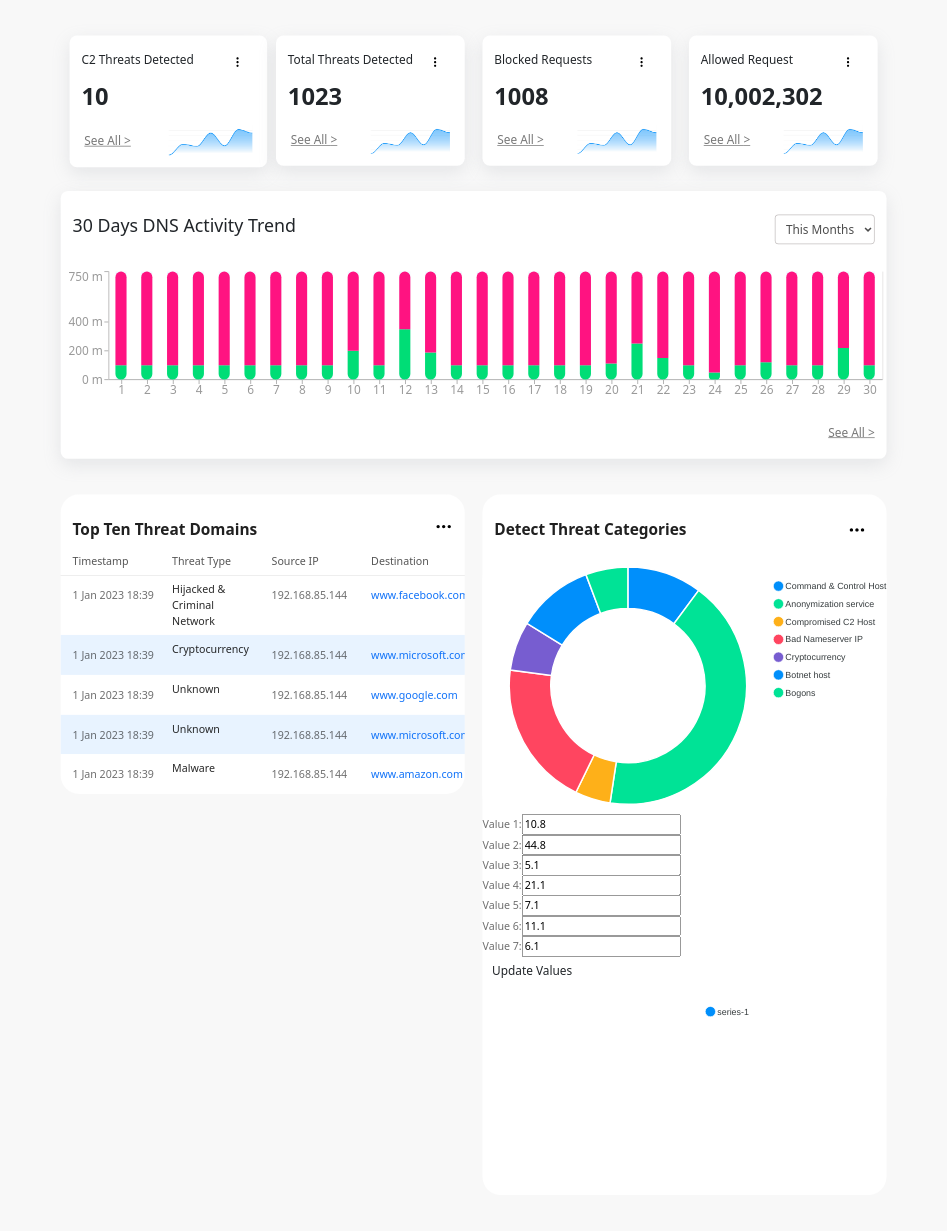
Repository: badhon252/dashboard
Page: /
The author's editor kept a copy of each file at every save. The page is drawn from the files as they stood at one save, then again after the next save.
The browser window is 1280 px wide. The pictures show the whole page, at 74% of full size.
The project was rebuilt for these pictures with package versions that can differ from the ones it lists, and the page was loaded fresh each time. Also part of the build but not shown: vite.config.js.

Above is the page before, as saved 2023-01-27 16:48:39.

After the next save:
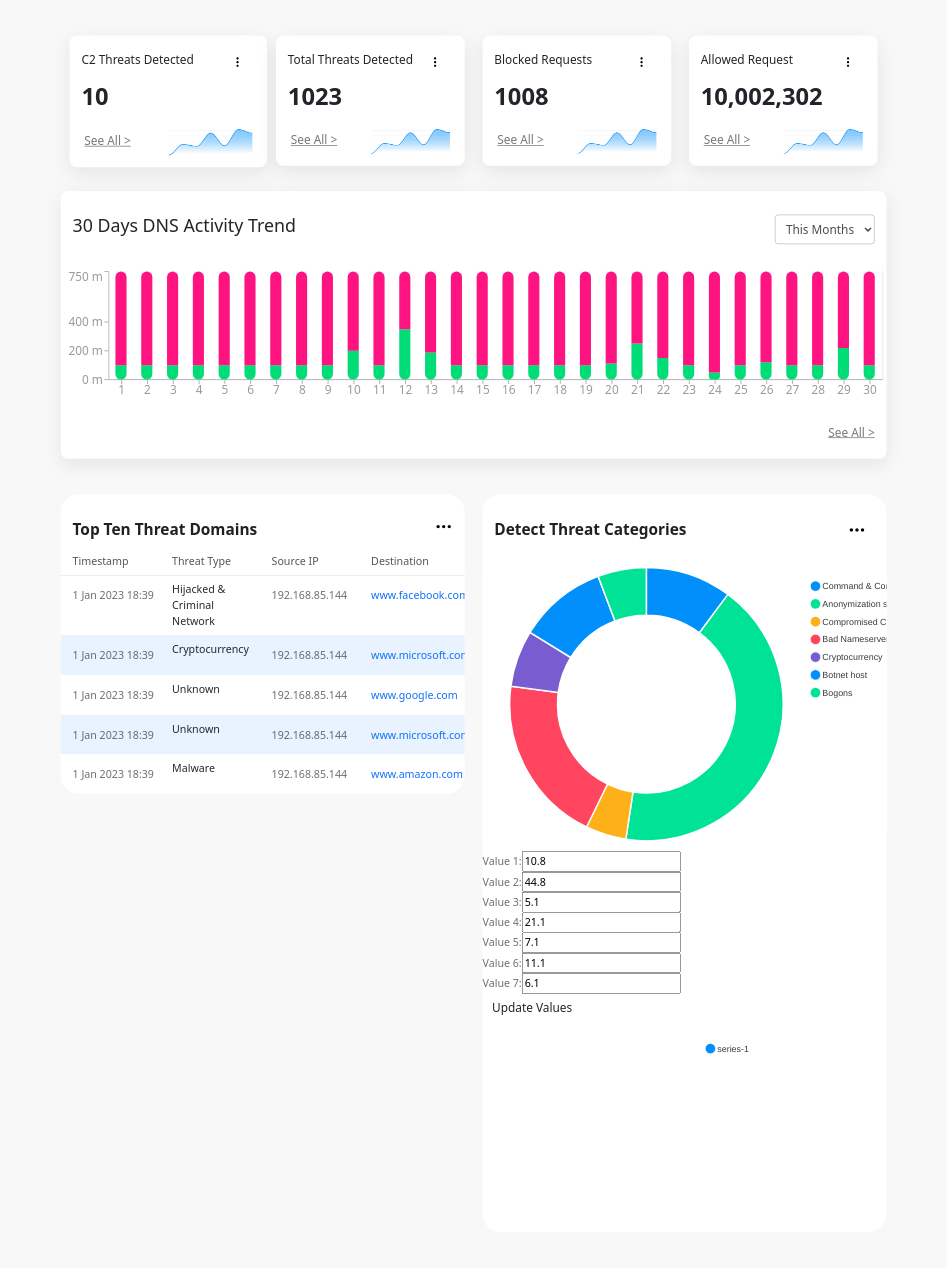
Saved 12 s later.
--- a/src/Components/Analysis/Graph/Graph.jsx
+++ b/src/Components/Analysis/Graph/Graph.jsx
@@ -20,7 +20,7 @@ function Graph({ icon }) {
     <div className="graph">
       <Chart
         type="donut"
-        width={550}
+        width={600}
         series={value}
         options={{
           labels: name,
